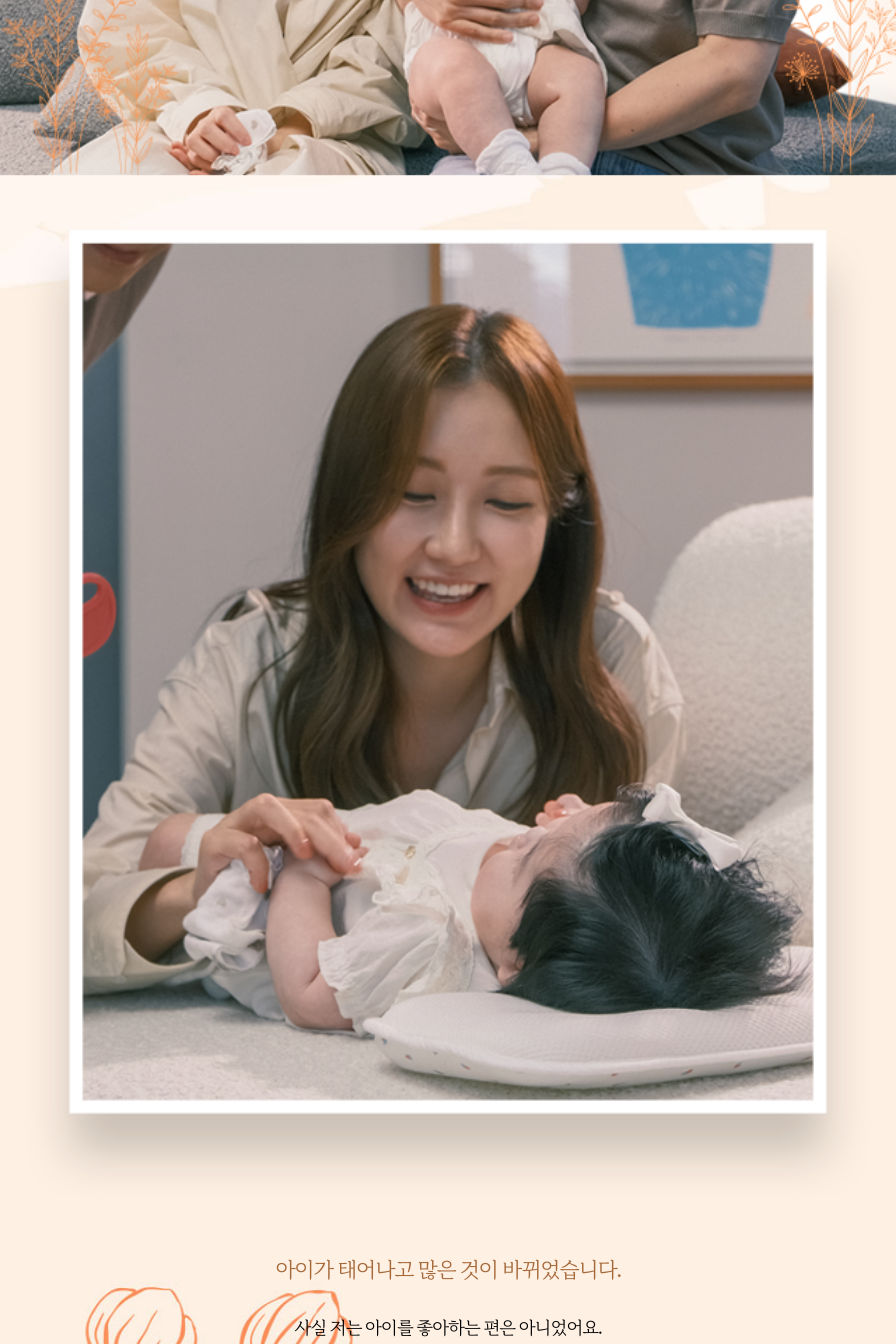
Repository: dlgywls1130/saveTheChildren_2024
Page: index.html
The author's editor kept a copy of each file at every save. The page is drawn from the files as they stood at one save, then again after the next save.
The browser window is 1280 px wide. The pictures show the part of the page from y = 2646 to 4566 px (the page is 18260 px tall before and 18160 px after), at 70% of full size.
Some web fonts or font styles are not loaded; a fallback is used. The style sheet was rebuilt from its Sass, Less or Tailwind sources for each picture, by a compiler version that may differ from the author's.

Above is the page before, as saved 2024-11-03 21:27:09.

After the next save:
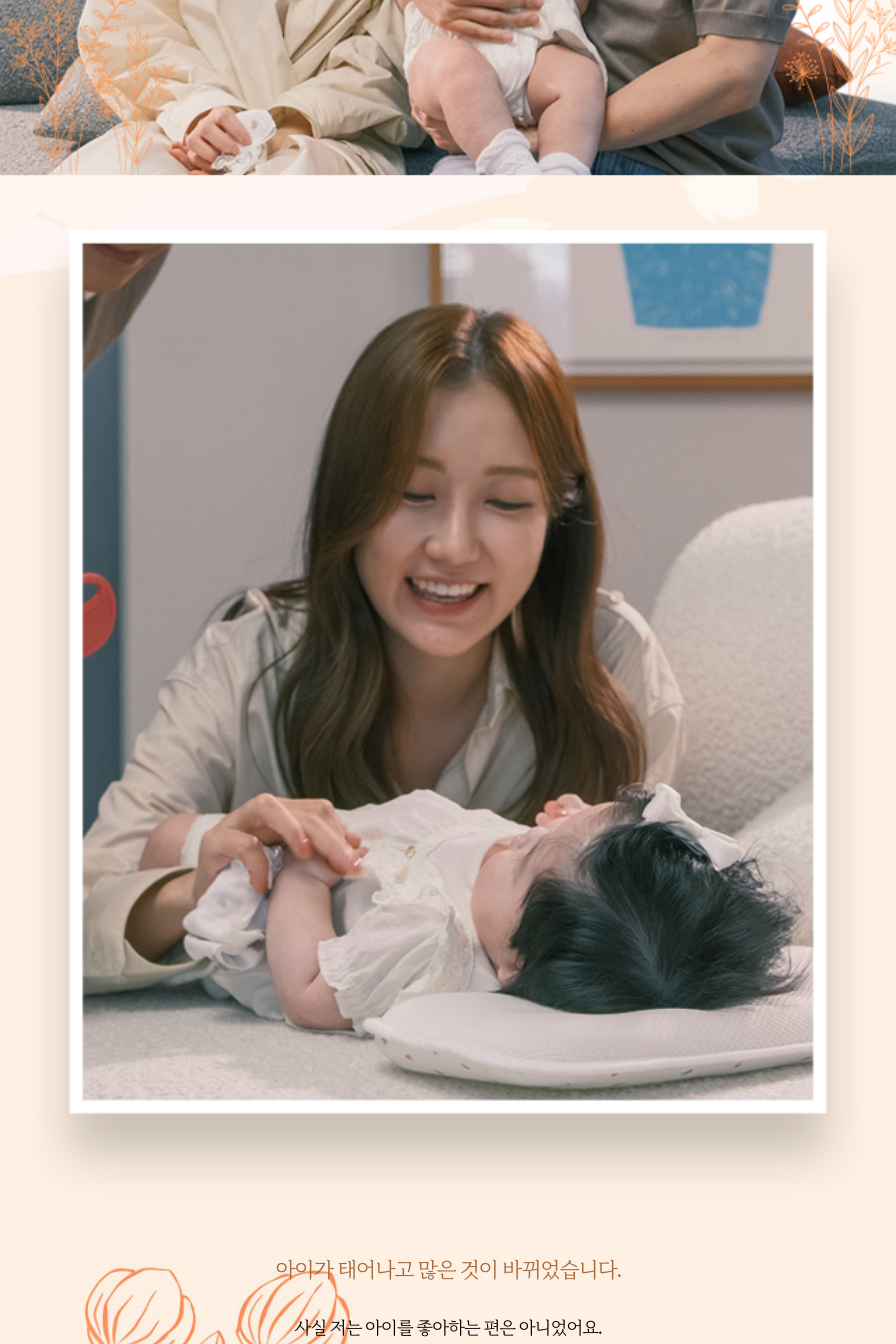
Saved 14 s later.
--- a/index.html
+++ b/index.html
@@ -212,7 +212,7 @@
                 </div>
 
 
-                <div class="middle_cotain pb-100">
+                <div class="middle_cotain">
                     <p class="mb-100">
                         첫 걸음마, 첫돌,
                         <br>처음 엄마 아빠를 부른 날,
